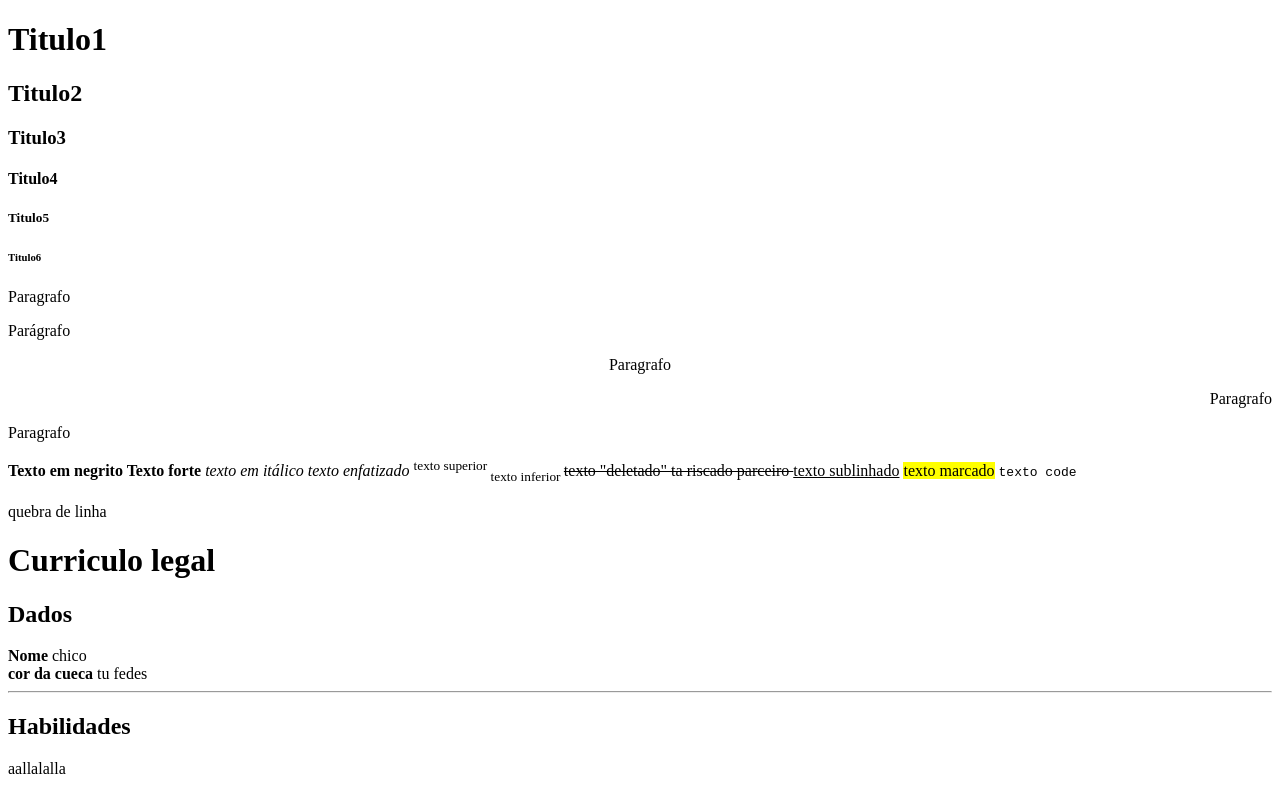
Repository: EmanuelUrbano/introducao_a_tecnologias
Page: estudos/estudo_html/index.html
The author's editor kept a copy of each file at every save. The page is drawn from the files as they stood at one save, then again after the next save.
The browser window is 1280 px wide. The pictures show the whole page.

Above is the page before, as saved 2022-04-03 13:31:49.

### estudos/estudo_html/index.html
<!DOCTYPE html>
<html>
    <head>
        <meta chaset="UTF-8">
        <title>Estudos</title>
    </head>
    <body>
        <h1>Titulo1</h1>
        <h2>Titulo2</h2>
        <h3>Titulo3</h3>
        <h4>Titulo4</h4>
        <h5>Titulo5</h5>
        <h6>Titulo6</h6>
        <p>Paragrafo</p>
        <p align="left">Parágrafo</p>
        <p align="center">Paragrafo</p>
        <p align="right">Paragrafo</p>
        <p align="justify">Paragrafo</p>
        <b>Texto em negrito </b>
        <strong>Texto forte </strong>
        <i>texto em itálico </i>
        <em>texto enfatizado </em>
        <sup>texto superior </sup>
        <sub>texto inferior </sub>
        <del>texto "deletado" ta riscado parceiro </del>
        <ins>texto sublinhado</ins>
        <mark>texto marcado</mark>
        <code>texto code</code>
        <br>
        <br>
        quebra de linha
        <br>
        <!--comentario legal-->

        <!--cabeçalho curriculo e nome de quem é o curriculo-->
        <h1>Curriculo legal</h1>
        <!--Seção de dados pessoais-->
        <section>
            <!--Titulo seção-->
            <h2>Dados</h2>
            <!--"formulário"-->
            <b> Nome </b>chico <br>
            <b>cor da cueca </b>tu fedes<br>
        </section>
        <!--linha de separação-->
        <hr>
        <!--Seção de Habilidades e competencias-->
        <section>
            <!--Titulo seção-->
            <h2>Habilidades</h2>
            <!--Paragrafo descritivo-->
            <p>aallalalla</p>
        </section>
        <!--linha de separação-->

        <!--Seção de experiencia profissional-->
            <!--Titulo seção-->
            <!--ano inicial final e nome da empresa-->
            <!--Paragrafo descritivo da experiencia-->

        <!--linha de separação-->


        <!--seção de formação Academica-->
            <!--Titulo seção-->
            <!--ano inicial final e nome da escola-->
        <!--linha de separação-->

        <!--Formação complementar-->
            <!--Titulo seção-->
            <!--ano inicial final e nome do curso-->
        <!--linha de separação-->
    </body>
</html>

After the next save:
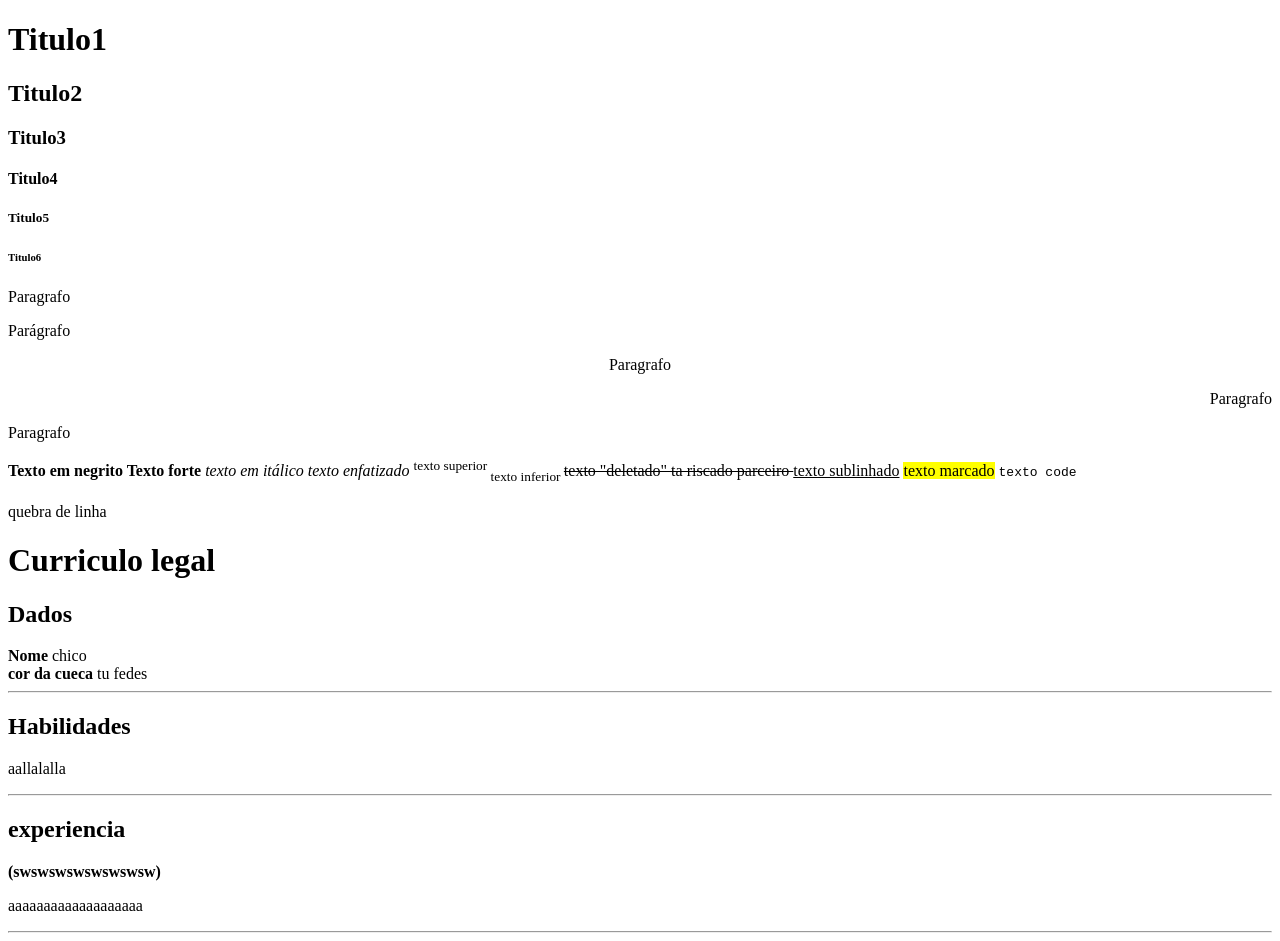
Saved 2 min 57 s later.
--- a/estudos/estudo_html/index.html
+++ b/estudos/estudo_html/index.html
@@ -52,15 +52,18 @@
             <p>aallalalla</p>
         </section>
         <!--linha de separação-->
-
+        <hr>
         <!--Seção de experiencia profissional-->
+        <section>
             <!--Titulo seção-->
+            <h2>experiencia</h2>
             <!--ano inicial final e nome da empresa-->
+            <b>(swswswswswswswsw)</b>
             <!--Paragrafo descritivo da experiencia-->
-
+            <p>aaaaaaaaaaaaaaaaaaa</p>
+        </section>
         <!--linha de separação-->
-
-
+        <hr>
         <!--seção de formação Academica-->
             <!--Titulo seção-->
             <!--ano inicial final e nome da escola-->
